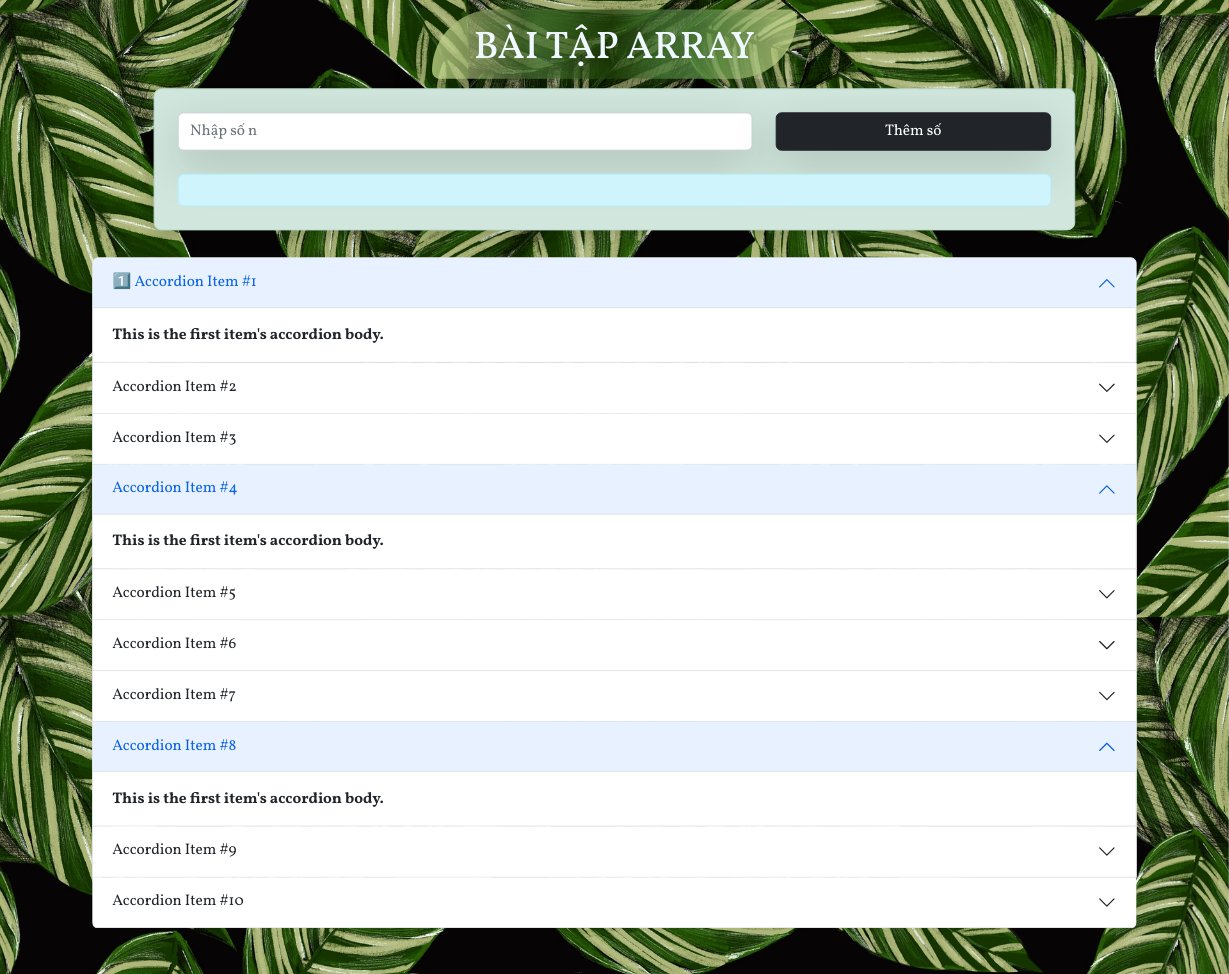
Repository: hcozyph/TranHuuPhuoc_BC43_BT_JS_Buoi7_8_ARRAY
Page: index.html
These files come from the project's save history. The page is drawn as it stood at one moment and after the next save; the edit follows.
The browser window is 1280 px wide. The pictures show the whole page, at 96% of full size.
Backgrounds fixed to the window are drawn as part of the page.

Above is the page before, as saved 2023-02-23 17:02:59.

### index.html
<!DOCTYPE html>
<html lang="en">
    <head>
        <title>BT Array</title>
        <!-- Required meta tags -->
        <meta charset="utf-8" />
        <meta
            name="viewport"
            content="width=device-width, initial-scale=1, shrink-to-fit=no"
        />
        <!-- font -->
        <link rel="preconnect" href="https://fonts.googleapis.com" />
        <link rel="preconnect" href="https://fonts.gstatic.com" crossorigin />
        <link
            href="https://fonts.googleapis.com/css2?family=Fraunces:ital,opsz,wght@0,9..144,600;0,9..144,700;1,9..144,300;1,9..144,400;1,9..144,500;1,9..144,600;1,9..144,700;1,9..144,800&family=Vollkorn:ital,wght@0,400;0,500;0,600;0,700;0,800;0,900;1,400;1,500;1,600;1,700;1,800;1,900&display=swap"
            rel="stylesheet"
        />
        <!-- Bootstrap CSS v5.2.1 -->
        <link
            href="https://cdn.jsdelivr.net/npm/bootstrap@5.2.1/dist/css/bootstrap.min.css"
            rel="stylesheet"
            integrity="sha384-iYQeCzEYFbKjA/T2uDLTpkwGzCiq6soy8tYaI1GyVh/UjpbCx/TYkiZhlZB6+fzT"
            crossorigin="anonymous"
        />

        <!-- index.css -->
        <link rel="stylesheet" href="./css/index.css" />
    </head>

    <body>
        <div class="container">
            <div class="bt-array-top">
                <div class="bt-array-title pt-2 shadow-lg">
                    <h1 class="text-center shadow-lg p-2" ;>BÀI TẬP ARRAY</h1>
                </div>

                <div
                    id="mainArray"
                    class="alert alert-success rounded-3 shadow p-4"
                    style="margin: 10px auto; width: 75%"
                >
                    <div class="row row-cols-3">
                        <div class="col-8">
                            <input
                                id="user-input"
                                type="number"
                                class="form-control shadow-lg py-2"
                                placeholder="Nhập số n"
                                style="height: 100%"
                            />
                        </div>
                        <div class="col">
                            <button
                                id="user-btn"
                                class="btn btn-dark shadow-lg"
                                style="height: 100%; width: 100%"
                            >
                                Thêm số
                            </button>
                        </div>
                    </div>

                    <div
                        class="alert alert-info mt-4 mb-0 text-break"
                        style="display: block"
                        role="alert"
                    >
                        <span id="user-array"></span>
                    </div>
                </div>
            </div>

            <div class="bt-array-content p-xl-5 p-4 mx-5 rounded-3">
                <div class="accordion" id="accordionExample">
                    <!-- Task 1 -->
                    <div class="accordion-item" id="bt1">
                        <h2 class="accordion-header" id="headingOne">
                            <button
                                class="accordion-button"
                                type="button"
                                data-bs-toggle="collapse"
                                data-bs-target="#collapseOne"
                                aria-expanded="true"
                                aria-controls="collapseOne"
                            >
                                1️⃣ Accordion Item #1
                            </button>
                        </h2>
                        <div
                            id="collapseOne"
                            class="accordion-collapse collapse show"
                            aria-labelledby="headingOne"
                            data-bs-parent="#accordionExample"
                        >
                            <div class="accordion-body">
                                <strong
                                    >This is the first item's accordion
                                    body.</strong
                                >
                            </div>
                        </div>
                    </div>
                    <!-- End-Task 1 -->

                    <!-- Task 2 -->
                    <div class="accordion-item">
                        <h2 class="accordion-header" id="headingTwo">
                            <button
                                class="accordion-button collapsed"
                                type="button"
                                data-bs-toggle="collapse"
                                data-bs-target="#collapseTwo"
                                aria-expanded="false"
                                aria-controls="collapseTwo"
                            >
                                Accordion Item #2
                            </button>
                        </h2>
                        <div
                            id="collapseTwo"
                            class="accordion-collapse collapse"
                            aria-labelledby="headingTwo"
                            data-bs-parent="#accordionExample"
                        >
                            <div class="accordion-body">
                                <strong
                                    >This is the second item's accordion
                                    body.</strong
                                >
                            </div>
                        </div>
                    </div>
                    <!-- End-Task 2 -->

                    <!-- Task 3 -->
                    <div class="accordion-item">
                        <h2 class="accordion-header" id="headingThree">
                            <button
                                class="accordion-button collapsed"
                                type="button"
                                data-bs-toggle="collapse"
                                data-bs-target="#collapseThree"
                                aria-expanded="false"
                                aria-controls="collapseThree"
                            >
                                Accordion Item #3
                            </button>
                        </h2>
                        <div
                            id="collapseThree"
                            class="accordion-collapse collapse"
                            aria-labelledby="headingThree"
                            data-bs-parent="#accordionExample"
                        >
                            <div class="accordion-body">
                                <strong
                                    >This is the third item's accordion
                                    body.</strong
                                >
                            </div>
                        </div>
                    </div>
                    <!-- End-Task 3 -->

                    <!-- Task 4 -->
                    <div class="accordion-item">
                        <h2 class="accordion-header" id="headingFour">
                            <button
                                class="accordion-button"
                                type="button"
                                data-bs-toggle="collapse"
                                data-bs-target="#collapseFour"
                                aria-expanded="true"
                                aria-controls="collapseFour"
                            >
                                Accordion Item #4
                            </button>
                        </h2>
                        <div
                            id="collapseFour"
                            class="accordion-collapse collapse show"
                            aria-labelledby="headingFour"
                            data-bs-parent="#accordionExample"
                        >
                            <div class="accordion-body">
                                <strong
                                    >This is the first item's accordion
                                    body.</strong
                                >
                            </div>
                        </div>
                    </div>
                    <!-- End-Task 4 -->

                    <!-- Task 5 -->
                    <div class="accordion-item">
                        <h2 class="accordion-header" id="headingFive">
                            <button
                                class="accordion-button collapsed"
                                type="button"
                                data-bs-toggle="collapse"
                                data-bs-target="#collapseFive"
                                aria-expanded="false"
                                aria-controls="collapseFive"
                            >
                                Accordion Item #5
                            </button>
                        </h2>
                        <div
                            id="collapseFive"
                            class="accordion-collapse collapse"
                            aria-labelledby="headingFive"
                            data-bs-parent="#accordionExample"
                        >
                            <div class="accordion-body">
                                <strong
                                    >This is the second item's accordion
                                    body.</strong
                                >
                            </div>
                        </div>
                    </div>
                    <!-- End-Task 5 -->

                    <!-- Task 6 -->
                    <div class="accordion-item">
                        <h2 class="accordion-header" id="headingSix">
                            <button
                                class="accordion-button collapsed"
                                type="button"
                                data-bs-toggle="collapse"
                                data-bs-target="#collapseSix"
                                aria-expanded="false"
                                aria-controls="collapseSix"
                            >
                                Accordion Item #6
                            </button>
                        </h2>
                        <div
                            id="collapseSix"
                            class="accordion-collapse collapse"
                            aria-labelledby="headingSix"
                            data-bs-parent="#accordionExample"
                        >
                            <div class="accordion-body">
                                <strong
                                    >This is the third item's accordion
                                    body.</strong
                                >
                            </div>
                        </div>
                    </div>
                    <!-- End-Task 6 -->

                    <!-- Task 7 -->
                    <div class="accordion-item">
                        <h2 class="accordion-header" id="headingSeven">
                            <button
                                class="accordion-button collapsed"
                                type="button"
                                data-bs-toggle="collapse"
                                data-bs-target="#collapseSeven"
                                aria-expanded="false"
                                aria-controls="collapseSeven"
                            >
                                Accordion Item #7
                            </button>
                        </h2>
                        <div
                            id="collapseSeven"
                            class="accordion-collapse collapse"
                            aria-labelledby="headingSeven"
                            data-bs-parent="#accordionExample"
                        >
                            <div class="accordion-body">
                                <strong
                                    >This is the third item's accordion
                                    body.</strong
                                >
                            </div>
                        </div>
                    </div>
                    <!-- End-Task 7 -->

                    <!-- Task 8 -->
                    <div class="accordion-item">
                        <h2 class="accordion-header" id="headingEight">
                            <button
                                class="accordion-button"
                                type="button"
                                data-bs-toggle="collapse"
                                data-bs-target="#collapseEight"
                                aria-expanded="true"
                                aria-controls="collapseEight"
                            >
                                Accordion Item #8
                            </button>
                        </h2>
                        <div
                            id="collapseEight"
                            class="accordion-collapse collapse show"
                            aria-labelledby="headingEight"
                            data-bs-parent="#accordionExample"
                        >
                            <div class="accordion-body">
                                <strong
                                    >This is the first item's accordion
                                    body.</strong
                                >
                            </div>
                        </div>
                    </div>
                    <!-- End-Task 8 -->

                    <!-- Task 9 -->
                    <div class="accordion-item">
                        <h2 class="accordion-header" id="headingNine">
                            <button
                                class="accordion-button collapsed"
                                type="button"
                                data-bs-toggle="collapse"
                                data-bs-target="#collapseNine"
                                aria-expanded="false"
                                aria-controls="collapseNine"
                            >
                                Accordion Item #9
                            </button>
                        </h2>
                        <div
                            id="collapseNine"
                            class="accordion-collapse collapse"
                            aria-labelledby="headingNine"
                            data-bs-parent="#accordionExample"
                        >
                            <div class="accordion-body">
                                <strong
                                    >This is the second item's accordion
                                    body.</strong
                                >
                            </div>
                        </div>
                    </div>
                    <!-- End-Task 9 -->

                    <!-- Task 10 -->
                    <div class="accordion-item">
                        <h2 class="accordion-header" id="headingTen">
                            <button
                                class="accordion-button collapsed"
                                type="button"
                                data-bs-toggle="collapse"
                                data-bs-target="#collapseTen"
                                aria-expanded="false"
                                aria-controls="collapseTen"
                            >
                                Accordion Item #10
                            </button>
                        </h2>
                        <div
                            id="collapseTen"
                            class="accordion-collapse collapse"
                            aria-labelledby="headingTen"
                            data-bs-parent="#accordionExample"
                        >
                            <div class="accordion-body">
                                <strong
                                    >This is the third item's accordion
                                    body.</strong
                                >
                            </div>
                        </div>
                    </div>
                    <!-- End-Task 10 -->
                </div>
            </div>
        </div>

        <!-- Bootstrap JavaScript Libraries -->
        <script
            src="https://cdn.jsdelivr.net/npm/@popperjs/core@2.11.6/dist/umd/popper.min.js"
            integrity="sha384-oBqDVmMz9ATKxIep9tiCxS/Z9fNfEXiDAYTujMAeBAsjFuCZSmKbSSUnQlmh/jp3"
            crossorigin="anonymous"
        ></script>

        <script
            src="https://cdn.jsdelivr.net/npm/bootstrap@5.2.1/dist/js/bootstrap.min.js"
            integrity="sha384-7VPbUDkoPSGFnVtYi0QogXtr74QeVeeIs99Qfg5YCF+TidwNdjvaKZX19NZ/e6oz"
            crossorigin="anonymous"
        ></script>

        <!-- method.js -->
        <link rel="stylesheet" href="./js/method.js" />

        <!-- index.js -->
        <script src="./js/index.js"></script>
    </body>
</html>

### css/index.css
* {
    margin: 0;
    padding: 0;
    box-sizing: border-box;
    font-family: "Fraunces", serif;
    font-family: "Vollkorn", serif;
}

.container {
    margin: 0 auto;
    max-width: 1440px;
    overflow: hidden;
    padding: 0;

    background-image: url(../img/2.jpg);
    background-size: cover;
    background-position: inherit;
    background-repeat: no-repeat;
    background-attachment: fixed;

    /* height: 1000px; */
    position: relative;
}

.bt-array-top {
    position: fixed;
    width: 100%;
    padding-top: 10px;
    background-color: red;

    background-image: url(../img/2.jpg);
    background-size: cover;
    background-position: inherit;
    background-repeat: no-repeat;
    background-attachment: fixed;
    z-index: 5;
}

.bt-array-title {
    display: block;
    width: 380px;
    margin: 0 auto;
    border-radius: 80px 10px 80px 10px;

    font-size: 40px;
    font-weight: 700;
    /* background-color: red; */
    color: aliceblue;
    background: rgb(156, 173, 110);
    background: linear-gradient(
        90deg,
        rgba(198, 219, 142, 0.75) 0%,
        rgba(156, 173, 110, 0.75) 10%,
        rgba(60, 94, 39, 0.75) 25%,
        rgba(68, 112, 49, 0.75) 29%,
        rgba(27, 57, 5, 0.75) 49%,
        rgba(66, 114, 50, 0.75) 63%,
        rgba(90, 139, 69, 0.75) 74%,
        rgba(184, 203, 130, 0.75) 95%
    );
}

.bt-array-content {
    padding-top: 280px;
}
.accordion {
    padding-top: 220px;
}

.accordion-button:focus {
    border: none;
    box-shadow: none;
}

### js/index.js
/* function getElementByID*/
function ID(n) {
    return document.getElementById("n");
}

/* End-function getElementByID*/

/*create-array*/
var mainArray = [];

document.getElementById("user-btn").onclick = function () {
    //input: userInput
    var userInput = Number(document.getElementById("user-input").value);

    //output: mainArray

    //process
    mainArray.push(userInput);

    document.getElementById("user-array").innerHTML = mainArray;
};

/*End-create-array*/

Loaded but not shown: js/method.js (no stored copy; drawn as an empty file)

After the next save:
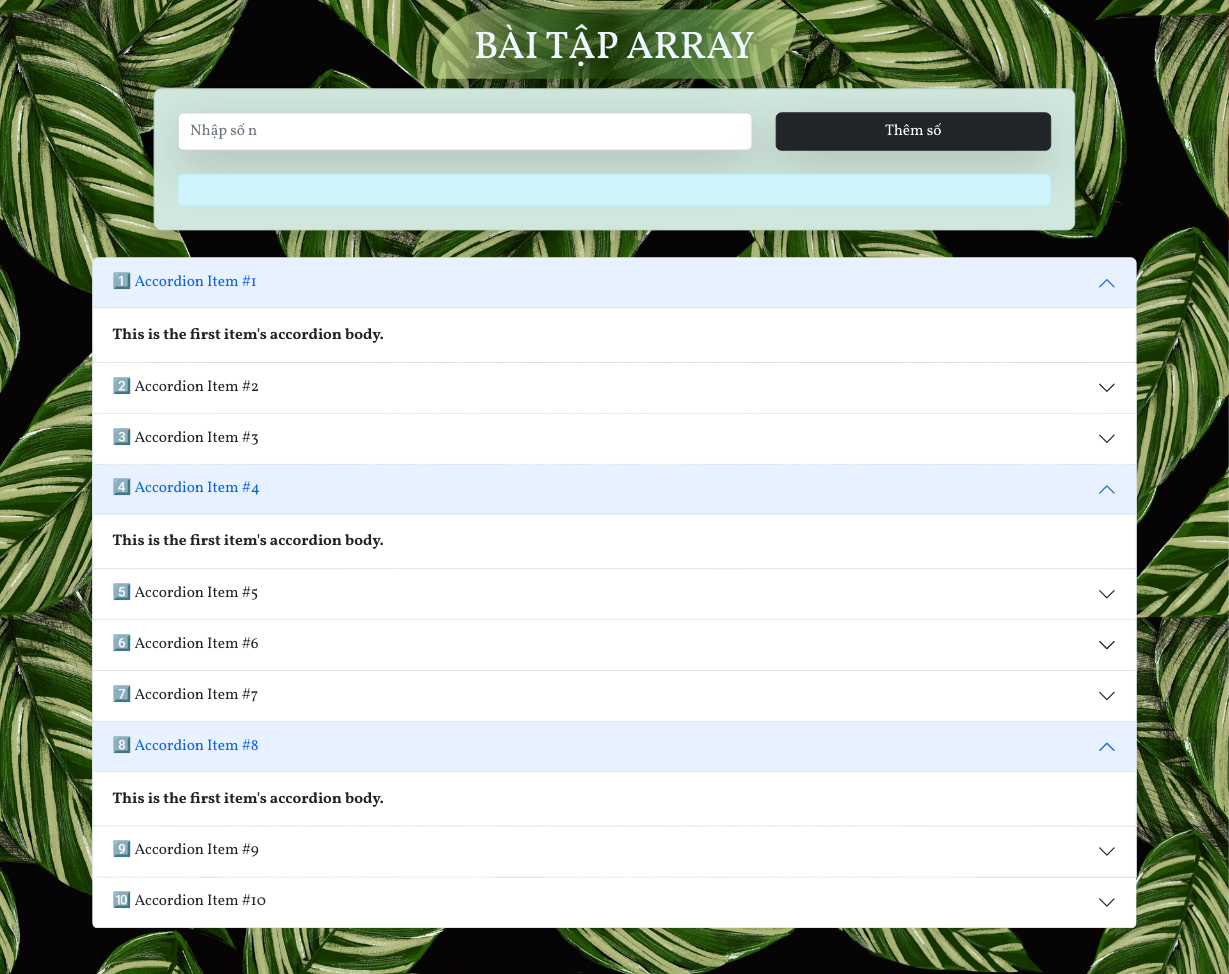
Saved 2 min 22 s later.
--- a/index.html
+++ b/index.html
@@ -113,7 +113,7 @@
                                 aria-expanded="false"
                                 aria-controls="collapseTwo"
                             >
-                                Accordion Item #2
+                                2️⃣ Accordion Item #2
                             </button>
                         </h2>
                         <div
@@ -143,7 +143,7 @@
                                 aria-expanded="false"
                                 aria-controls="collapseThree"
                             >
-                                Accordion Item #3
+                                3️⃣ Accordion Item #3
                             </button>
                         </h2>
                         <div
@@ -173,7 +173,7 @@
                                 aria-expanded="true"
                                 aria-controls="collapseFour"
                             >
-                                Accordion Item #4
+                                4️⃣ Accordion Item #4
                             </button>
                         </h2>
                         <div
@@ -203,7 +203,7 @@
                                 aria-expanded="false"
                                 aria-controls="collapseFive"
                             >
-                                Accordion Item #5
+                                5️⃣ Accordion Item #5
                             </button>
                         </h2>
                         <div
@@ -233,7 +233,7 @@
                                 aria-expanded="false"
                                 aria-controls="collapseSix"
                             >
-                                Accordion Item #6
+                                6️⃣ Accordion Item #6
                             </button>
                         </h2>
                         <div
@@ -263,7 +263,7 @@
                                 aria-expanded="false"
                                 aria-controls="collapseSeven"
                             >
-                                Accordion Item #7
+                                7️⃣ Accordion Item #7
                             </button>
                         </h2>
                         <div
@@ -293,7 +293,7 @@
                                 aria-expanded="true"
                                 aria-controls="collapseEight"
                             >
-                                Accordion Item #8
+                                8️⃣ Accordion Item #8
                             </button>
                         </h2>
                         <div
@@ -323,7 +323,7 @@
                                 aria-expanded="false"
                                 aria-controls="collapseNine"
                             >
-                                Accordion Item #9
+                                9️⃣ Accordion Item #9
                             </button>
                         </h2>
                         <div
@@ -353,7 +353,7 @@
                                 aria-expanded="false"
                                 aria-controls="collapseTen"
                             >
-                                Accordion Item #10
+                                🔟 Accordion Item #10
                             </button>
                         </h2>
                         <div
